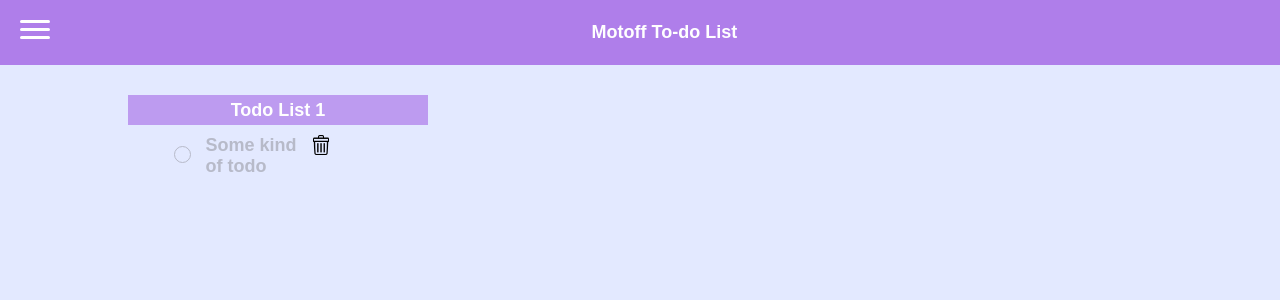
Repository: Amad-Mlinka/Todo-List-Vanilla-JS
Page: index.html
The author's editor kept a copy of each file at every save. The page is drawn from the files as they stood at one save, then again after the next save.
The browser window is 1280 px wide. The pictures show the whole page.
The page's requests for data from a server got no answer.

Above is the page before, as saved 2021-09-15 01:12:24.

After the next save:
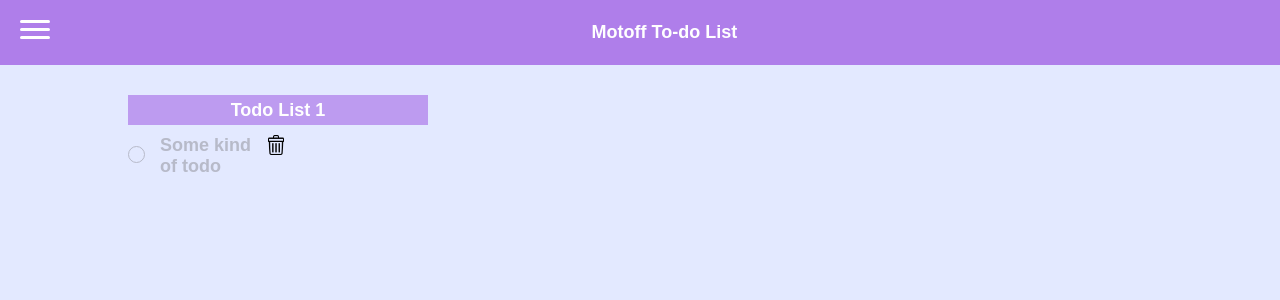
Saved 38 s later.
--- a/styles/style.css
+++ b/styles/style.css
@@ -43,8 +43,7 @@ body{
   display: flex;
   flex-direction: row;
   width: 100%;
-  justify-content: space-around;
-  align-items: center;
+
 }
 .todoItem{
   display: flex;
